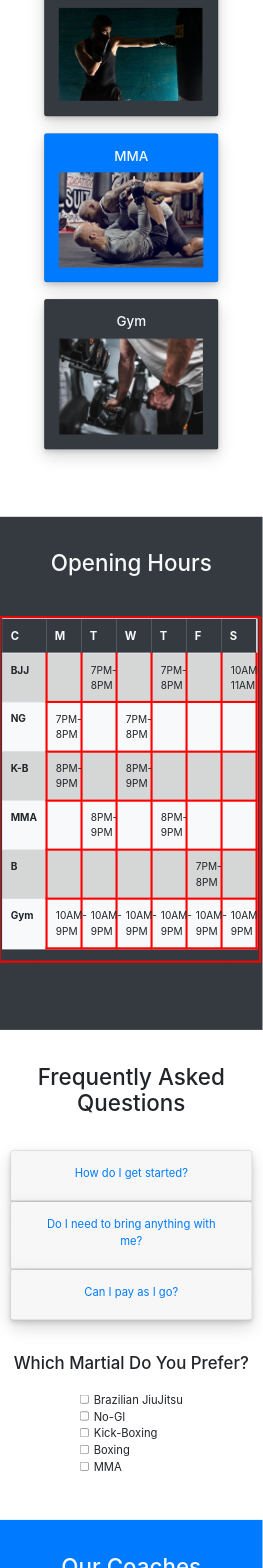
Repository: IonPara/Just-Fight
Page: index.html
The author's editor kept a copy of each file at every save. The page is drawn from the files as they stood at one save, then again after the next save.
The browser window is 375 px wide. The pictures show the part of the page from y = 1515 to 3755 px (the page is 6091 px tall), at 70% of full size.
Some web libraries are served in a nearby version.

Above is the page before, as saved 2023-03-13 16:02:17.

### index.html
<!DOCTYPE html>
<html lang="en">

<head>
  <meta charset="utf-8">
  <meta name="viewport" content="width=device-width, initial-scale=1.0">
  <title>Just Fight</title>
  <link href="./Styles/styles.css" rel="stylesheet" type="text/css">

  <!-- Bootstrap Link -->
  <link rel="stylesheet" href="https://cdn.jsdelivr.net/npm/bootstrap@4.2.1/dist/css/bootstrap.min.css"
    integrity="sha384-GJzZqFGwb1QTTN6wy59ffF1BuGJpLSa9DkKMp0DgiMDm4iYMj70gZWKYbI706tWS" crossorigin="anonymous">
</head>

<body>
  <header>

    <!-- ------------Nav bar ------------------------>
    <nav class="navbar navbar-expand-lg navbar-dark bg-dark fixed-top">
      <div class="container pb-4 mr-5">
        <a class="navbar-brand mt-3" id="brand" href="#"><span class="text-primary">Just </span> Fight</a>
        <button class="navbar-toggler" type="button" data-toggle="collapse" data-target="#navbarSupportedContent"
          aria-controls="navbarSupportedContent" aria-expanded="false" aria-label="Toggle navigation">
          <span class="navbar-toggler-icon"></span>
        </button>
      </div>

      <div class="collapse navbar-collapse" id="navbarSupportedContent">
        <ul class="navbar-nav justify-content-end">
          <li class="nav-item active">
            <a class="nav-link" href="#">Home <span class="sr-only">(current)</span></a>
          </li>
          <li class="nav-item">
            <a class="nav-link" href="#ourClasses">Classes</a>
          </li>
          <li class="nav-item">
            <a class="nav-link" href="#openingHours">Opening</a>
          </li>
          <li class="nav-item">
            <a class="nav-link" href="#coaches">Coaches</a>
          </li>
          <li class="nav-item">
            <a class="nav-link" href="#contact">Contact</a>
          </li>
          <li class="nav-item">
            <a class="nav-link" href="./about.html">About</a>
          </li>
          <li class="nav-item">
            <a class="nav-link" href="./plans.html">Join</a>
          </li>
          <li class="nav-item">
            <a class="nav-link" href="./review.html">Review</a>
          </li>
        </ul>
      </div>
    </nav>
  </header>

  <!-- ------------------------Join Club Top section  --------------- -->
  <section class="text-light pt-5 text-center text-sm-start top-section transition-fade" id="swup">
    <div class="container">
      <div class="d-sm-flex justify-content-between align-items-center">
        <div class="heading-container w-50">
          <h1 class="fight-club text-center font-weight-bold"><span class="text-primary">Just </span>Fight</h1>
          <p class=" md-lead text-left font-italic pt-3">
            All martial arts are really just different paths to the same place, which is total human development.
            <br>
          <p class="text-right">BETH AUSTIN</p>
          <a class="text-white" href="./plans.html" target="_blank" rel="noopener noreferrer">
            <button class="btn btn-lg btn-primary mt-3" id="join">
              Join Our Team
            </button>
          </a>
        </div>
        <img class="img-fluid  w-25 d-none d-sm-block" src="./Images/timothy-eberly-C7ax3RF9FFo-unsplash.jpg"
          alt="Muay Thai">
      </div>
    </div>
  </section>

  <!-- Sign Up section -->
  <div class="bg-primary text-light p-5">
    <div class="container">
      <div class="d-md-flex justify-content-between align-items-center">
        <h3 class="mb3-mb-md-0">
          Sing Up For Our Newsletters
        </h3>
        <div class="input-group mb-3">
          <input type="text" class="form-control newsletter-input" placeholder="Enter Email:"
            aria-label="Recipient's username" aria-describedby="button-addon2">
          <button class="btn  btn-outline-secondary bg-dark text-white" type="button" id="button-addon2">
            Sign Up
          </button>
        </div>
      </div>
    </div>
  </div>

  <!-------------------------------Our Classes Boxes------------ -->
  <section class="p-5 mb-5 classes-container" id="ourClasses">
    <div class="container  text-center text-light boxes">
      <div class="row">
        <div class="col text-dark font-weight-bolder">
          <div class=" h2 pb-4">Join Our Classes</div>
        </div>
      </div>

      <!-- Here we create a row with 3 boxes -->
      <div class="row">

        <div class="col-md ">
          <div class="card bg-primary ">
            <div class="card-body">
              <h3 class="card-title">Brazilian Jiu Jitsu</h3>
              <a href="./about.html">
                <img class=" card-image w-100 d-md-block" src="./Images/bjj.png" alt="Brazilian Jiu Jitsu">
              </a>
            </div>
          </div>
        </div>

        <div class="col-md ">
          <div class="card bg-dark mt-4 m-md-0">
            <div class="card-body">
              <h3 class="card-title">No-Gi</h3>
              <a href="./about.html">
                <img class="card-image w-100 d-md-block" src="./Images/no-gi.png" alt="No-Gi">
              </a>
            </div>
          </div>
        </div>

        <div class="col-md ">
          <div class="card bg-primary mt-4 m-md-0">
            <div class="card-body">
              <h3 class="card-title">Kick Boxing</h3>
              <a href="./about.html">
                <img class=" card-image w-100 d-md-block" src="./Images/kb.png" alt="Kick-boxing">
              </a>
            </div>
          </div>
        </div>
      </div>

      <!-- Here we create second row with 3 boxes -->
      <div class="row pt-4">
        <div class="col-md">
          <div class="card bg-dark mb-4 m-md-0">
            <div class="card-body">
              <h3 class="card-title">Boxing</h3>
              <a href="./about.html">
                <img class="card-image w-100  d-md-block" src="./Images/boxing.png" alt="Brazilian Jiu Jitsu">
              </a>
            </div>
          </div>
        </div>

        <div class="col-md">
          <div class="card bg-primary">
            <div class="card-body">
              <h3 class="card-title">MMA</h3>
              <a href="./about.html">
                <img class="card-image w-100  d-md-block" src="./Images/mma.png" alt="No-Gi">
              </a>
            </div>
          </div>
        </div>

        <div class="col-md">
          <div class="card bg-dark mt-4 m-md-0">
            <div class="card-body">
              <h3 class="card-title">Gym</h3>
              <a href="./about.html">
                <img class="card-image w-100  d-md-block" src="./Images/gym.png" alt="Kick-boxing">
              </a>
            </div>
          </div>
        </div>

      </div>
    </div>
  </section>
  <!----------------------------Table--------------------------------  -->
  <section class="bg-dark  p-5" id="openingHours">
    <h2 class="text-light text-center">Opening Hours</h2>

    <div class="bg-dark py-5">
      <div class=" text-dark d-flex justify-content-center table-container">
        <table class=" table bg-light  table-hover w-75 ">
          <thead class="bg-dark text-light">
            <!-- Here is the top row -->
            <tr class="row-head ">
              <!-- Here on the small screen the day of the week wil be just a letter -->
              <th class="col1 d-none d-md-table-cell" scope="col">Class</th>
              <th class="col2 d-md-none" scope="col">C</th>
              <th class="col2 d-none d-md-table-cell" scope="col">Monday</th>
              <th class="col2 d-md-none" scope="col">M</th>
              <th class="col3 d-none d-md-table-cell" scope="col">Tuesday</th>
              <th class="col3 d-md-none" scope="col">T</th>
              <th class="col3 d-none d-md-table-cell" scope="col">Wednesday</th>
              <th class="col3 d-md-none" scope="col">W</th>
              <th class="col4 d-none d-md-table-cell" scope="col">Thursday</th>
              <th class="col4 d-md-none" scope="col">T</th>
              <th class="col5 d-none d-md-table-cell" scope="col">Friday</th>
              <th class="col5 d-md-none" scope="col">F</th>
              <th class="col6 d-none d-md-table-cell" scope="col">Saturday</th>
              <th class="col6 d-md-none" scope="col">S</th>
            </tr>
          </thead>

          <tbody class="" id="table">
            <!-- Here is the second row -->
            <!-- The first column will change depending on the screen size -->
            <tr class="table-active">
              <th class="d-none d-md-block">Brazilian Jiu Jitsu</th>
              <th class="d-md-none ">BJJ</th>
              <td></td>
              <td>7PM-8PM</td>
              <td></td>
              <td>7PM-8PM</td>
              <td></td>
              <td>10AM-11AM</td>
            </tr>
            <!-- Here is the third row -->
            <!-- The first column will change depending on the screen size -->
            <tr>
              <th class="d-none d-md-block">No-Gi</th>
              <th class="d-md-none ">NG</th>
              <td>7PM-8PM</td>
              <td></td>
              <td>7PM-8PM</td>
              <td></td>
              <td></td>
              <td></td>
            </tr>
            <!-- Here is the forth row -->
            <!-- The first column will change depending on the screen size -->
            <tr class="table-active">
              <th class="d-none d-md-block">Kick-Boxing</th>
              <th class="d-md-none ">K-B</th>
              <td>8PM-9PM</td>
              <td></td>
              <td>8PM-9PM</td>
              <td></td>
              <td></td>
              <td></td>
            </tr>
            <!-- Here is the fifth row -->
            <!-- The first column will change depending on the screen size -->
            <tr>
              <th scope="row">MMA</th>
              <td></td>
              <td>8PM-9PM</td>
              <td></td>
              <td>8PM-9PM</td>
              <td></td>
              <td></td>
            </tr>
            <!-- Here is the sixth row -->
            <!-- The first column will change depending on the screen size -->
            <tr class="table-active">
              <th class="d-none d-md-block">Boxing</th>
              <th class="d-md-none ">B</th>
              <td></td>
              <td></td>
              <td></td>
              <td></td>
              <td>7PM-8PM</td>
              <td></td>
            </tr>
            <!-- Here is the seventh row -->
            <!-- The first column will change depending on the screen size -->
            <tr>
              <th scope="row">Gym</th>
              <td>10AM-9PM</td>
              <td>10AM-9PM</td>
              <td>10AM-9PM</td>
              <td>10AM-9PM</td>
              <td>10AM-9PM</td>
              <td>10AM-9PM</td>
            </tr>
          </tbody>

        </table>
      </div>
    </div>
  </section>

  <!-- Questions -->
  <section class="py-5" id="questions">

    <div class="container">
      <h2 class="text-center mb-5">Frequently Asked Questions</h2>

      <div id="accordion">

        <!-- Here is the first accordion -->
        <!-- Which will collapse when you click on it -->
        <div class="card">
          <div class="card-header">
            <h5 class="text-center">
              <button class="btn btn-link" data-toggle="collapse" data-target="#collapseOne">
                How do I get started?
              </button>
            </h5>
          </div>
          <!-- This is the collapsed section-->
          <div id="collapseOne" class="collapse" data-parent="#accordion">
            <div class="card-body">
              The best way is to attend a session and join in! You will receive a free session on your first visit, this
              will provide you with the opportunity to try a class and get a good insight into the varied training we
              have to offer. You must give us a call, txt or to book in for your free session.
            </div>
          </div>
        </div>
        <!-- Here is the second accordion -->
        <!-- Which will collapse when you click on it -->
        <div class="card">
          <div class="card-header">
            <h5 class="text-center">
              <button class="btn btn-link" data-toggle="collapse" data-target="#collapseTwo">
                Do I need to bring anything with me?
              </button>
            </h5>
          </div>
          <!-- This is the collapsed section-->
          <div id="collapseTwo" class="collapse" data-parent="#accordion">
            <div class="card-body">
              It's a good idea to bring a drink and a sweat towel. Normal training attire is fine, shorts & T-shirt,
              Jogging bottoms and T-shirts are all fine. We train in bare feet. In addition, if you already have items
              such as gloves etc. please feel free to bring them along.
            </div>
          </div>
        </div>
        <!-- Here is the third accordion -->
        <!-- Which will collapse when you click on it -->
        <div class="card">
          <div class="card-header">
            <h5 class="text-center">
              <button class="btn btn-link" data-toggle="collapse" data-target="#collapseThree">
                Can I pay as I go?
              </button>
            </h5>
          </div>
          <!-- This is the collapsed section-->
          <div id="collapseThree" class="collapse" data-parent="#accordion">
            <div class="card-body">
              Our members ALL pay via direct debit. As a members only gym we do not accept ANY cash pay as you go. We
              feel this helps promote regular training and stops bullies from just turning up wanting to "fight".
            </div>
          </div>
        </div>
      </div>
    </div>

    <!-- Radio Button -->
    <div class="radio-btn mt-5 mb-3 ">
      <h4 class="mb-4">Which Martial Do You Prefer?</h4>
      <div>
        <div class="form-check">
          <input class="form-check-input" type="checkbox" value="" id="flexCheck">
          <label class="form-check-label" for="flexCheck">
            Brazilian JiuJitsu
          </label>
        </div>

        <div class="form-check">
          <input class="form-check-input" type="checkbox" value="" id="flexCheck1">
          <label class="form-check-label" for="flexCheck1">
            No-GI
          </label>
        </div>

        <div class="form-check">
          <input class="form-check-input" type="checkbox" value="" id="flexCheck2">
          <label class="form-check-label" for="flexCheck2">
            Kick-Boxing
          </label>
        </div>

        <div class="form-check">
          <input class="form-check-input" type="checkbox" value="" id="flexCheck3">
          <label class="form-check-label" for="flexCheck3">
            Boxing
          </label>
        </div>

        <div class="form-check">
          <input class="form-check-input" type="checkbox" value="" id="flexCheck4">
          <label class="form-check-label" for="flexCheck4">
            MMA
          </label>
        </div>
      </div>
    </div>

  </section>
  <!-- ----------------------------------Coaches--------------------- -->
  <section class="bg-primary text-center" id="coaches">
    <h2 class="text-center text-light pt-5">Our Coaches</h2>
    <div class="container py-5" id="card-coaches">

      <div class="row ">
        <!-- This the first coach -->
        <div class="col-md">
          <div class="card card-body p-5 " id="card">
            <figure class="card-body" id="col-coach">
              <img class="card-image w-100 d-md-block" src="./Images/coach11.png" alt="Coach">
              <figcaption class="card-title lead">Nathan Lawrence</figcaption>
            </figure>
          </div>
        </div>
        <!-- This the second coach -->
        <div class="col-md">
          <div class="card card-body p-5 ">
            <figure class="card-body w-100 " id="col-coach2">
              <img class="card-image w-100  d-md-block" src="./Images/coach22.png" alt="Coach">
              <figcaption class="lead card-title ">Lucy Brown</figcaption>
            </figure>
          </div>
        </div>
        <!-- This the third coach -->
        <div class="col-md ">
          <div class="card card-body p-5 ">
            <figure class="card-body" id="col-coach3">
              <img class="card-image w-100  d-md-block" src="./Images/coach33.png" alt="Coach">
              <figcaption class="card-title lead">Jimmy Crow</figcaption>
            </figure>
          </div>
        </div>
      </div>
    </div>
  </section>

  <!-- ----------------------Contact Info---------------------- -->
  <section class="location" id="contact">
    <h2 class="text-center">Contact Info</h2>

    <div class="container">
      <ul class="list">
        <li>
          <strong>Number: </strong>
          <a href="">555-555-555</a>
        </li>

        <li>
          <strong>Email:</strong>
          <a href="mailto:fightclub@gmail.com" target="_blank">
            <span> fightclub@gmail.com</span>
          </a>
        </li>
        <li> <strong>Adress:</strong> Manchester M14</li>
      </ul>

      <!-- map -->
      <div>
        <a href="https://www.google.com/maps/dir//Manchester/@53.4722454,-2.2234628,12z/data=!4m9!4m8!1m0!1m5!1m1!1s0x487a4d4c5226f5db:0xd9be143804fe6baa!2m2!1d-2.2426305!2d53.4807593!3e0"
          target="_blank" rel="noopener">
          <img class="map" src="./Images/map.png" alt="map">
        </a>
      </div>
    </div>
  </section>

  <!-- Footer -->
  <footer class="bg-dark text-center text-light mt-5">
    <p>Copyright &copy; 2022</p>
  </footer>

  <!-- Bootstrap JavaScript Links -->
  <script src="https://code.jquery.com/jquery-3.3.1.slim.min.js"
    integrity="sha384-q8i/X+965DzO0rT7abK41JStQIAqVgRVzpbzo5smXKp4YfRvH+8abtTE1Pi6jizo"
    crossorigin="anonymous"></script>
  <script src="https://cdn.jsdelivr.net/npm/popper.js@1.14.6/dist/umd/popper.min.js"
    integrity="sha384-wHAiFfRlMFy6i5SRaxvfOCifBUQy1xHdJ/yoi7FRNXMRBu5WHdZYu1hA6ZOblgut"
    crossorigin="anonymous"></script>
  <script src="https://cdn.jsdelivr.net/npm/bootstrap@4.2.1/dist/js/bootstrap.min.js"
    integrity="sha384-B0UglyR+jN6CkvvICOB2joaf5I4l3gm9GU6Hc1og6Ls7i6U/mkkaduKaBhlAXv9k"
    crossorigin="anonymous"></script>
  <script src="https://unpkg.com/swup@latest/dist/swup.min.js"></script>
</body>

</html>

### Styles/styles.css


/*---------------- Top section------------- */
.top-section {
    background-color: black;

}


#brand {
    font-size: 1.5rem;
    font-weight: bolder;
}


#join a:hover, a:visited, a:link {
    text-decoration: wavy;
}

#join:hover {
    background-color: rgb(8, 157, 135);
}

/* Radio button */
.radio-btn {
    width: 100%;
    flex-direction: column;
    display: flex;
    align-items: center;
}

/* ---------------------------Coach------------ */
.container figcaption {
    font-weight: 600;
}

/*------------ Contact Info -----------*/
.location h2 {
    margin-top: 2%;
}

.location .container {
    display: flex;
    justify-content: space-between;
    align-items:center;
    flex-wrap: wrap;
    margin-top: 3%;
}

.list {
    list-style: none;
    font-size: larger;
    font-weight: 400;
    line-height: 2em;
}

.list li {
    border-bottom:1px solid grey;
}

ul a:hover, a:visited, a:link{
    color:black;
    text-decoration: wavy;
}

ul a:hover {
    color:blueviolet;
}

/*  The Map */
.map {
    border-radius: 25%;
}

/* -----------------Cards--------------- */
.card:hover {
    -webkit-transform: scale(0.5);
     transform: scale(1.05);
}

.card {
    box-shadow: 0 10px 25px 0 rgba(0, 0, 0, 0.15), 0 3px 7px 0 rgb(0 0 0 / 15%);
}

.table-container, .classes-container, section {
    overflow-x: hidden;
    min-width: 100%;
}

/* -----------------Footer--------------- */
footer p{
    padding: 5vh 0;
    margin-bottom: 0;
    font-size: larger;
    height: 100px;
}


/* ---------------Media screen----------------- */
@media screen and (max-width:1200px) {
    .boxes h3 {
        font-size: 1.2em;
        white-space:pre-wrap;
    }

}

@media screen and (max-width:1000px) {
    .top-section {
        margin-top: 8%;
    }
}


@media screen and (max-width:768px) {

    .newsletter-input {
        width: 50%;
    }

    #table {
        font-size: 0.9rem;
    }

    .map {
        width: 400px;
    }

    .location .container {
        justify-content: center;
    }
}

@media screen and (max-width:600px) {
    .top-section {
        margin-top: 10%;
        min-width: 100%;
    }

    .fight-club {
        min-width: 100% !important;
        margin-top: 5%;
        margin-left: auto;
    }

    .heading-container {
        min-width: 100% !important;
    }

    #join {
        margin-bottom: 5px;
    }
    .table-container {
        min-width: 100dvw;
        border: solid red !important;
    }

    .table-container {
        margin-right: 100px !important;
        margin-left: -50px;
    }

    td {
        border: solid red;
        max-width: 50px;
    }

}

After the next save:
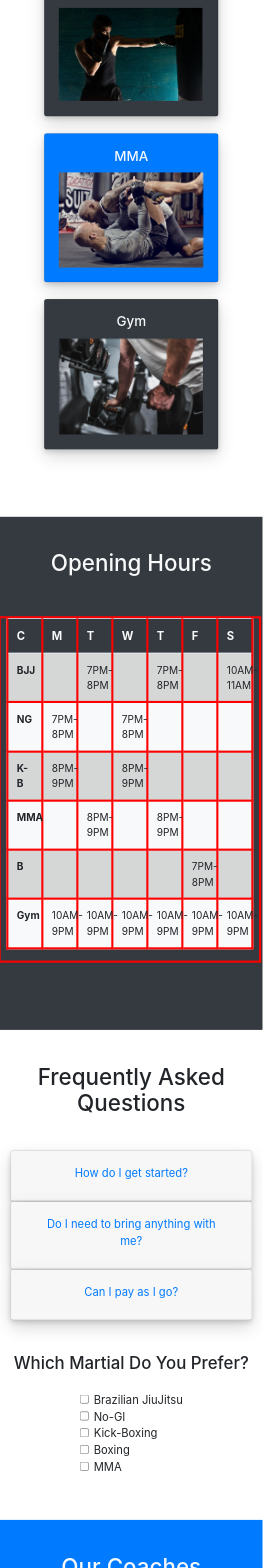
Saved 15 s later.
--- a/Styles/styles.css
+++ b/Styles/styles.css
@@ -160,7 +160,7 @@ footer p{
         margin-left: -50px;
     }
 
-    td {
+    td, th {
         border: solid red;
         max-width: 50px;
     }
